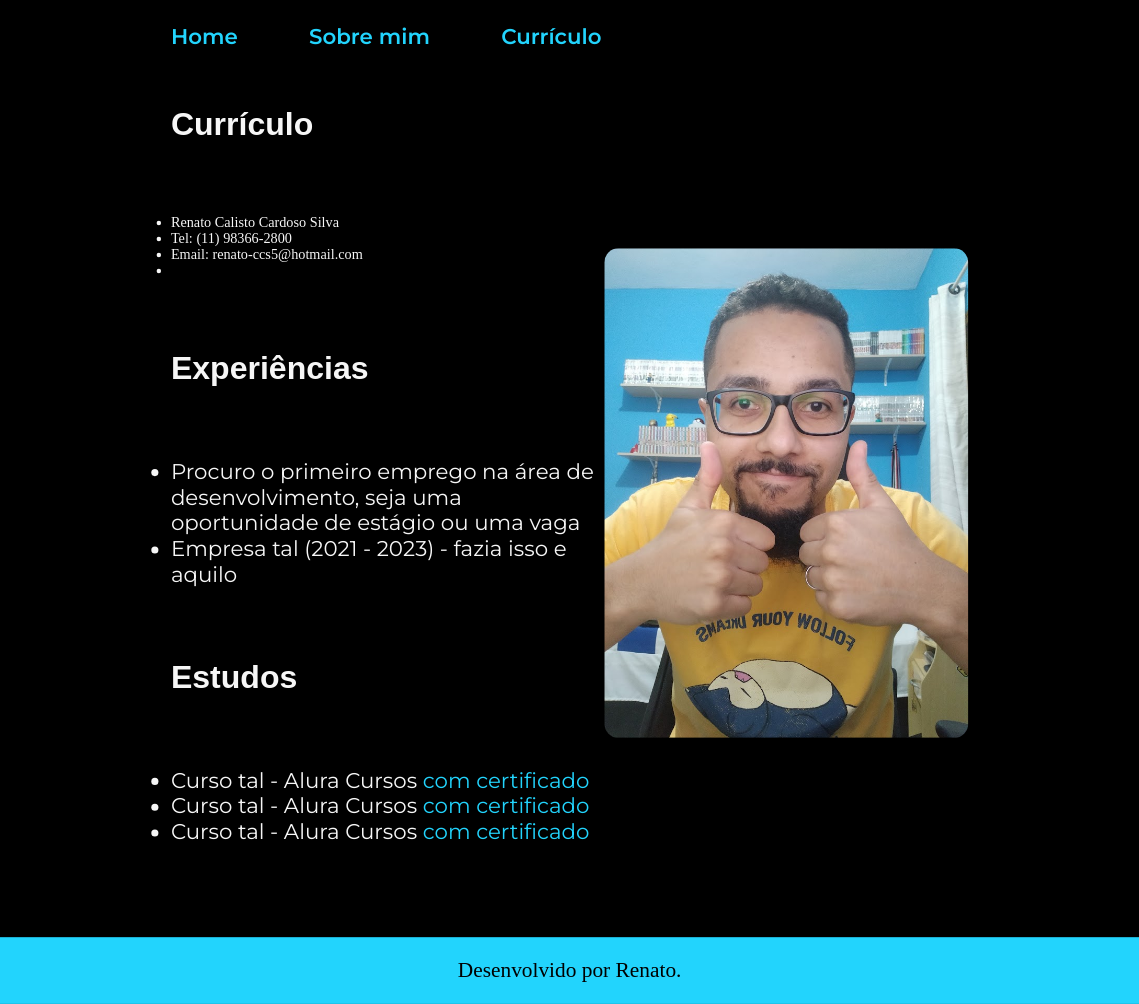
Repository: RenatoCCS/Portfolio_Alura
Page: curriculo.html
An editor plug-in stored every save of this project. The page is shown before and after the next save, followed by the edit.
The browser window is 1280 px wide. The pictures show the whole page, at 89% of full size.
Some web fonts or font styles are not loaded; a fallback is used.

Above is the page before, as saved 2023-03-06 20:27:31.

After the next save:
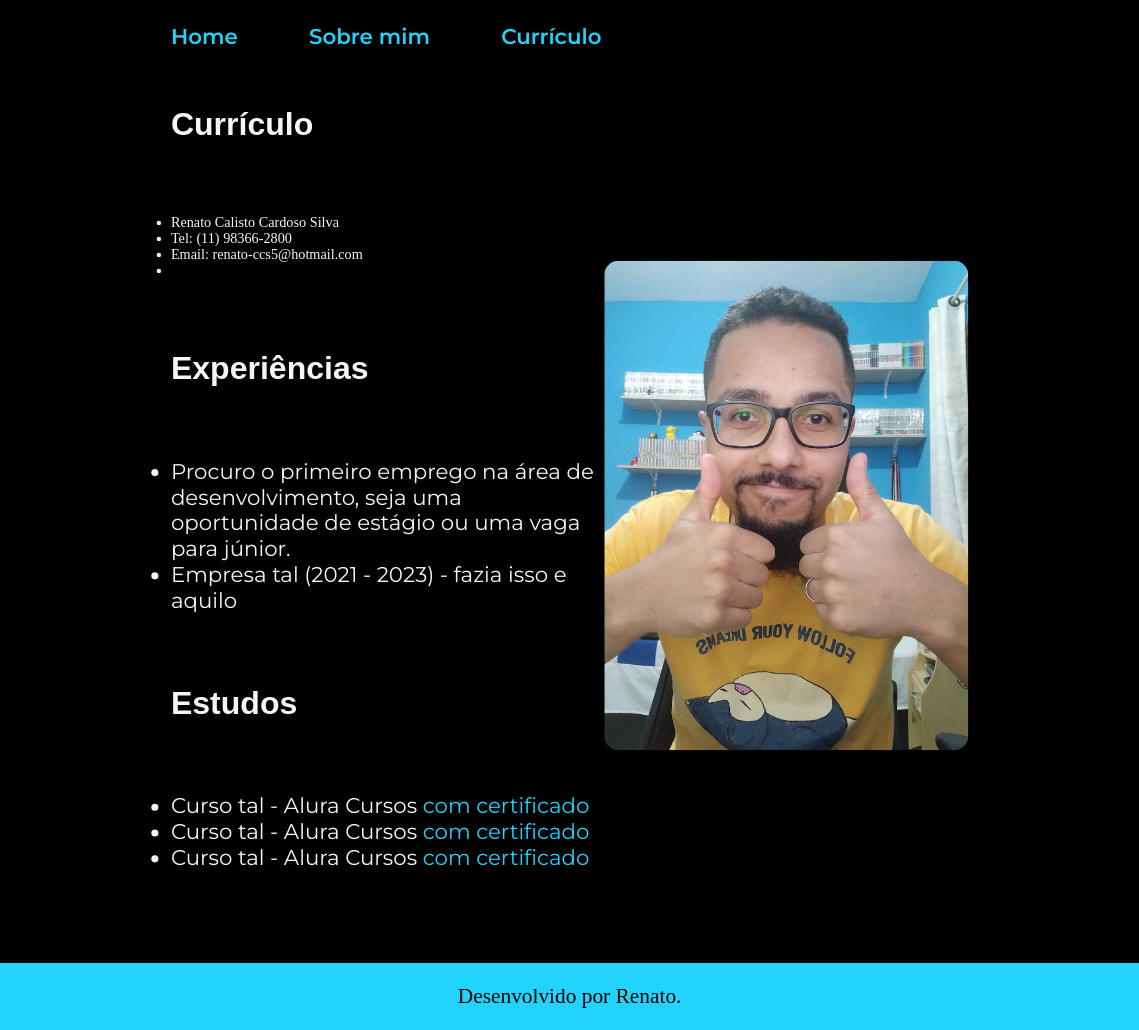
Saved 35 s later.
--- a/curriculo.html
+++ b/curriculo.html
@@ -31,7 +31,7 @@
           <h2 class="apresentacao__conteudo__titulo">Experiências</h2>
           <p class="apresentacao__conteudo__texto">
           <ul class="apresentacao__conteudo__texto">
-              <li> Procuro o primeiro emprego na área de desenvolvimento, seja uma oportunidade de estágio ou uma vaga  </li>
+              <li> Procuro o primeiro emprego na área de desenvolvimento, seja uma oportunidade de estágio ou uma vaga para júnior. </li>
               <li> Empresa tal (2021 - 2023) - fazia isso e aquilo </li>
           </ul>
           </p>
